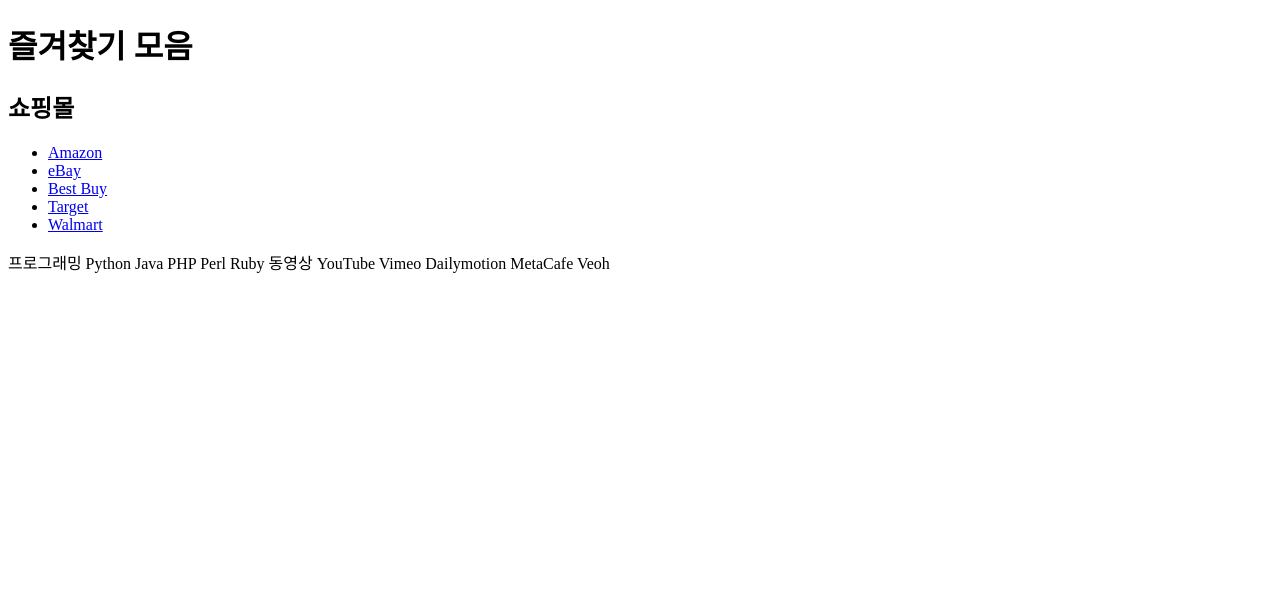
Repository: chanjin5212/Full-Stack-study
Page: client/ClientTest/src/main/webapp/html/htmlquestion/Q07.html
The author's editor kept a copy of each file at every save. The page is drawn from the files as they stood at one save, then again after the next save.
The browser window is 1280 px wide. The pictures show the whole page.

Above is the page before, as saved 2022-05-24 03:54:03.

### client/ClientTest/src/main/webapp/html/htmlquestion/Q07.html
<!DOCTYPE html>
<html>
<head>
<meta charset="UTF-8">
<title>Insert title here</title>
</head>
<body>
<h1>즐겨찾기 모음</h1>
<h2>쇼핑몰</h2>
<ul>
<li><a href="http://www.amazon.com Amazon">Amazon</a></li>
<li><a href="http://www.amazon.com Amazon">eBay</a></li>
<li><a href="http://www.amazon.com Amazon">Best Buy</a></li>
<li><a href="http://www.amazon.com Amazon">Target</a></li>
<li><a href="http://www.amazon.com Amazon">Walmart</a></li>
</ul>
프로그래밍
Python
Java
PHP
Perl
Ruby
동영상
YouTube
Vimeo
Dailymotion
MetaCafe
Veoh
</body>
</html>

After the next save:
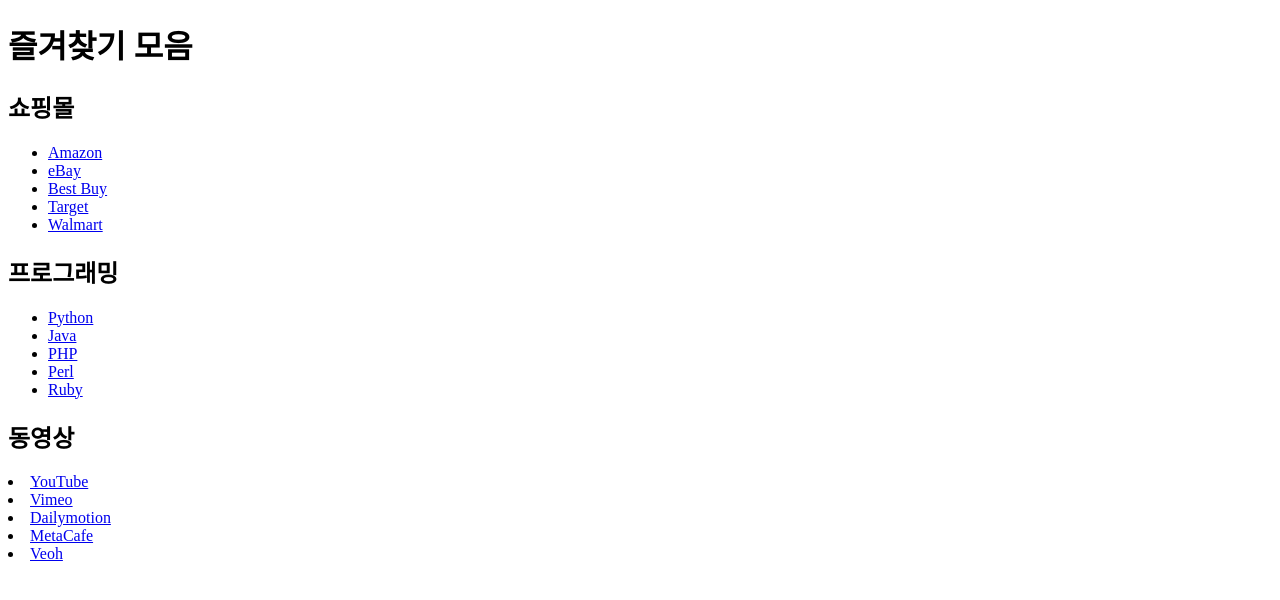
Saved 49 s later.
--- a/client/ClientTest/src/main/webapp/html/htmlquestion/Q07.html
+++ b/client/ClientTest/src/main/webapp/html/htmlquestion/Q07.html
@@ -14,17 +14,19 @@
 <li><a href="http://www.amazon.com Amazon">Target</a></li>
 <li><a href="http://www.amazon.com Amazon">Walmart</a></li>
 </ul>
-프로그래밍
-Python
-Java
-PHP
-Perl
-Ruby
-동영상
-YouTube
-Vimeo
-Dailymotion
-MetaCafe
-Veoh
+<h2>프로그래밍</h2>
+<ul>
+<li><a href="http://www.amazon.com Amazon">Python</a></li>
+<li><a href="http://www.amazon.com Amazon">Java</a></li>
+<li><a href="http://www.amazon.com Amazon">PHP</a></li>
+<li><a href="http://www.amazon.com Amazon">Perl</a></li>
+<li><a href="http://www.amazon.com Amazon">Ruby</a></li>
+</ul>
+<h2>동영상</h2>
+<li><a href="http://www.amazon.com Amazon">YouTube</a></li>
+<li><a href="http://www.amazon.com Amazon">Vimeo</a></li>
+<li><a href="http://www.amazon.com Amazon">Dailymotion</a></li>
+<li><a href="http://www.amazon.com Amazon">MetaCafe</a></li>
+<li><a href="http://www.amazon.com Amazon">Veoh</a></li>
 </body>
 </html>
